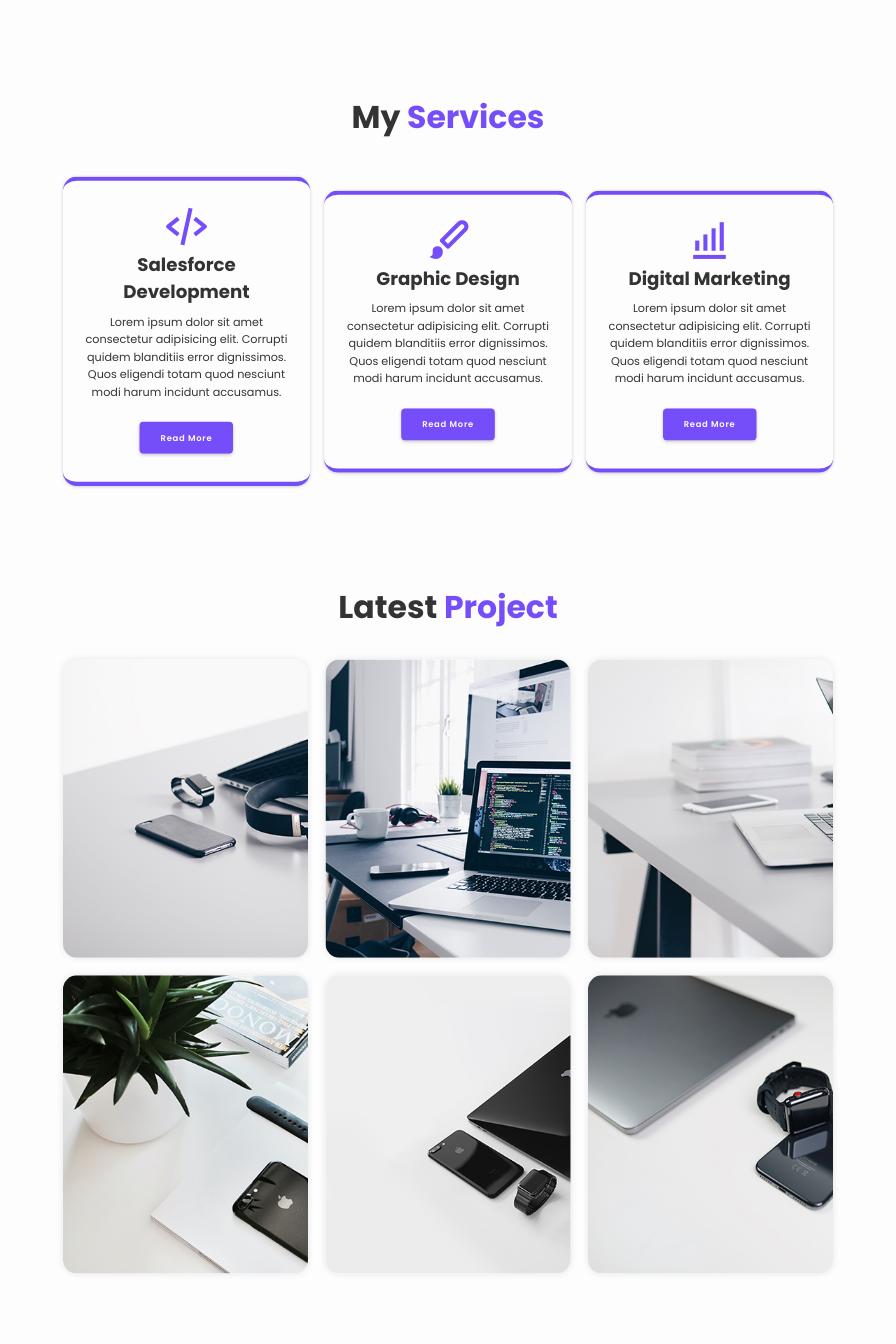
Repository: Gabi-Augusto/Portfolio
Page: index.html
An editor plug-in stored every save of this project. The page is shown before and after the next save, followed by the edit.
The browser window is 1280 px wide. The pictures show the part of the page from y = 1375 to 3295 px (the page is 3295 px tall before and 2909 px after), at 70% of full size.

Above is the page before, as saved 2023-11-29 19:04:24.

### index.html
<!DOCTYPE html>
<html lang="en">

<head>
    <meta charset="UTF-8">
    <meta http-equiv="X-UA-Compatible" content="IE=edge">
    <meta name="viewport" content="width=device-width, initial-scale=1.0">
    <title>Portfolio Website Design | Gabriela Augusto</title>

    <!-- swiper css -->
    <link rel="stylesheet" href="https://cdn.jsdelivr.net/npm/swiper@9/swiper-bundle.min.css" />

    <!-- box icons -->
    <link href='https://unpkg.com/boxicons@2.1.4/css/boxicons.min.css' rel='stylesheet'>

    <!-- custom css -->
    <link rel="stylesheet" href="css/style.css">
</head>

<body>

    <!-- header design -->
    <header class="header">
        <a href="#" class="logo">Portfolio.</a>

        <nav class="navbar">
            <a href="#home" class="active">Home</a>
            <a href="#about">About</a>
            <a href="#services">Services</a>
            <a href="#portfolio">Portfolio</a>
            <a href="#contact">Contact</a>
        </nav>

        <div class="bx bx-moon" id="darkMode-icon"></div>
    </header>

    <!-- home section design -->
    <section class="home" id="home">
        <div class="home-content">
            <h3>Hello, I am</h3>
            <h1>Gabriela Augusto</h1>
            <p>Lorem ipsum, dolor sit amet consectetur adipisicing elit. Veritatis sequi amet numquam sunt eius quae deleniti dolore voluptatum.</p>

            <div class="social-media">
                <a href="#"><i class='bx bxl-instagram-alt'></i></a>
                <a href="#"><i class='bx bxl-linkedin' ></i></a>
                <a href="#"><i class='bx bxl-github' ></i></a>
            </div>

            <a href="#" class="btn">Download CV</a>
        </div>

        <div class="profession-container">
            <div class="profession-box">
                <div class="profession" style="--i:0;">
                    <i class='bx bx-cloud'></i>
                    <h3>Salesforce Developer</h3>
                </div>
                <div class="profession" style="--i:1;">
                    <i class='bx bx-bulb'></i>
                    <h3>Business Analyst</h3>
                </div>
                <div class="profession" style="--i:2;">
                    <i class='bx bx-palette'></i>
                    <h3>Web Designer</h3>
                </div>
                <div class="profession" style="--i:3;">
                    <i class='bx bx-code-alt' ></i>
                    <h3>FullStack Developer</h3>
                </div>
                <div class="circle"></div>
            </div>
            <div class="overlay"></div>
        </div>
        <div class="home-img">
            <img src="imagens/home.png" alt="">
        </div>
    </section>

    <!-- about section design -->

    <section class="about" id="about">
        <div class="about-img">
            <img src="imagens/about.png" alt="">
        </div>

        <div class="about-content">
            <h2 class="heading">About <span>Me</span></h2>
            <h3>Hi, I'm Here To Help Your Next Project!</h3>
            <p>Lorem ipsum dolor sit, amet consectetur adipisicing elit. Consequatur laudantium reiciendis voluptates maxime optio cumque accusantium sunt temporibus cupiditate! Sed mollitia id doloribus nesciunt odit harum, praesentium aliquid. Soluta, harum est eveniet quos provident veritatis eaque ullam voluptate laudantium deleniti?</p>
            <a href="#" class="btn">Read More</a>
        </div>
    </section>

    <!-- services section design -->

    <section class="services" id="services">
        <h2 class="heading">My <span>Services</span></h2>

        <div class="services-container">
            <div class="services-box">
                <i class='bx bx-code-alt' ></i>
                <h3>Salesforce Development</h3>
                <p>Lorem ipsum dolor sit amet consectetur adipisicing elit. Corrupti quidem blanditiis error dignissimos. Quos eligendi totam quod nesciunt modi harum incidunt accusamus.</p>
                <a href="#" class="btn">Read More</a>
            </div>
            <div class="services-box">
                <i class='bx bxs-paint'></i>
                <h3>Graphic Design</h3>
                <p>Lorem ipsum dolor sit amet consectetur adipisicing elit. Corrupti quidem blanditiis error dignissimos. Quos eligendi totam quod nesciunt modi harum incidunt accusamus.</p>
                <a href="#" class="btn">Read More</a>
            </div>
            <div class="services-box">
                <i class='bx bx-bar-chart-alt'></i>
                <h3>Digital Marketing</h3>
                <p>Lorem ipsum dolor sit amet consectetur adipisicing elit. Corrupti quidem blanditiis error dignissimos. Quos eligendi totam quod nesciunt modi harum incidunt accusamus.</p>
                <a href="#" class="btn">Read More</a>
            </div>
        </div>
    </section>

    <!-- portfolio section design -->

    <section class="portfolio" id="portfolio">
        <h2 class="heading">Latest <span>Project</span></h2>

        <div class="portfolio-container">
            <div class="portfolio-box">
                <img src="imagens/portfolio1.jpg" alt="">

                <div class="portfolio-layer">
                    <h4>Web Desing</h4>
                    <p>Lorem ipsum dolor sit amet consectetur adipisicing elit. Asperiores, ut possimus!</p>
                    <a href="#"><i class='bx bx-link-external' ></i></a>
                </div>
            </div>

            <div class="portfolio-box">
                <img src="imagens/portfolio2.jpg" alt="">

                <div class="portfolio-layer">
                    <h4>Web Desing</h4>
                    <p>Lorem ipsum dolor sit amet consectetur adipisicing elit. Asperiores, ut possimus!</p>
                    <a href="#"><i class='bx bx-link-external' ></i></a>
                </div>
            </div>

            <div class="portfolio-box">
                <img src="imagens/portfolio3.jpg" alt="">

                <div class="portfolio-layer">
                    <h4>Web Desing</h4>
                    <p>Lorem ipsum dolor sit amet consectetur adipisicing elit. Asperiores, ut possimus!</p>
                    <a href="#"><i class='bx bx-link-external' ></i></a>
                </div>
            </div>

            <div class="portfolio-box">
                <img src="imagens/portfolio4.jpg" alt="">

                <div class="portfolio-layer">
                    <h4>Web Desing</h4>
                    <p>Lorem ipsum dolor sit amet consectetur adipisicing elit. Asperiores, ut possimus!</p>
                    <a href="#"><i class='bx bx-link-external' ></i></a>
                </div>
            </div>

            <div class="portfolio-box">
                <img src="imagens/portfolio5.jpg" alt="">

                <div class="portfolio-layer">
                    <h4>Web Desing</h4>
                    <p>Lorem ipsum dolor sit amet consectetur adipisicing elit. Asperiores, ut possimus!</p>
                    <a href="#"><i class='bx bx-link-external' ></i></a>
                </div>
            </div>

            <div class="portfolio-box">
                <img src="imagens/portfolio6.jpg" alt="">

                <div class="portfolio-layer">
                    <h4>Web Desing</h4>
                    <p>Lorem ipsum dolor sit amet consectetur adipisicing elit. Asperiores, ut possimus!</p>
                    <a href="#"><i class='bx bx-link-external' ></i></a>
                </div>
            </div>

        </div>
    </section>

    <!-- testimonial design -->

    <!-- contact section design -->

    <!-- footer design -->


    <!-- scroll reveal -->
    <script src="https://unpkg.com/scrollreveal"></script>

    <!-- swiper js -->
    <script src="https://cdn.jsdelivr.net/npm/swiper@9/swiper-bundle.min.js"></script>

    <!-- custom js -->
    <script src="js/script.js"></script>
</body>

</html>

### css/style.css
@import url('https://fonts.googleapis.com/css2?family=Poppins:wght@300;400;500;600;700;800;900&display=swap');

* {
    margin: 0;
    padding: 0;
    box-sizing: border-box;
    text-decoration: none;
    border: none;
    outline: none;
    scroll-behavior: smooth;
    font-family: 'Poppins', sans-serif;
}

:root {
    --bg-color: #fdfdfd;
    --text-color: #333;
    --main-color: #754ef9;
    --white-color: #fdfdfd;
    --shadow-color: rgba(0, 0, 0, .2);
}

html {
    font-size: 62.5%;
    overflow-x: hidden;
}

body {
    background: var(--bg-color);
    color: var(--text-color);
}

.header {
    position: fixed;
    top: 0;
    left: 0;
    width: 100%;
    padding: 2rem 7%;
    background: transparent;
    display: flex;
    align-items: center;
    z-index: 100;
    transition: .5s;
}

.header.sticky {
    background: var(--bg-color);
    box-shadow: 0 .1rem 1rem var(--shadow-color);
}

.logo {
    font-size: 2.5rem;
    color: var(--main-color);
    font-weight: 600;
    cursor: default;
    margin-right: auto;
}

.navbar a {
    position: relative;
    font-size: 1.7rem;
    color: var(--white-color);
    font-weight: 500;
    margin-right: 3.5rem;
}

.header.sticky .navbar a {
    color: var(--text-color);
}

.header.sticky .navbar a.active {
    color: var(--main-color);
}

.navbar a.active::before{
    content: '';
    position: absolute;
    left: 0;
    bottom: -6px;
    width: 100%;
    height: .2rem;
    background: var(--white-color);
}

.header.sticky .navbar a::before {
    background: var(--main-color);
    opacity: .7;
}

#darkMode-icon {
    font-size: 2.4rem;
    color: var(--white-color);
    cursor: pointer;
}

.header.sticky #darkMode-icon{
    color: var(--text-color);
    opacity: .9;
}

section {
    min-height: 100vh;
    padding: 7rem 7% 2rem;
}

.home {
    display: flex;
    align-items: center;
}

.home .home-content {
    max-width: 44rem;
}

.home-content h3 {
    font-size: 3.2rem;
    font-weight: 700;
    line-height: .3;
}

.home-content h1 {
    font-size: 4.8rem;
    font-weight: 700;
    margin-bottom: .3rem;
}

.home-content p {
    font-size: 1.6rem;
}

.home-content .social-media a {
    display: inline-flex;
    justify-content: center;
    align-items: center;
    width: 4rem;
    height: 4rem;
    background: transparent;
    border: .2rem solid var(--main-color);
    border-radius: 50%;
    box-shadow: 0 .2rem .5rem  var(--shadow-color);
    font-size: 2rem;
    color: var(--main-color);
    margin: 2.5rem 1.5rem 3rem 0;
    transition: .5s ease;
}

.home-content .social-media a:hover {
    background: var(--main-color);
    color: var(--white-color);
}

.btn {
    display: inline-block;
    padding: 1.2rem 2.8rem;
    background: var(--main-color);
    border-radius: .6rem;
    box-shadow: 0 .2rem .5rem var(--shadow-color);
    font-size: 1.2rem;
    color: var(--white-color);
    letter-spacing: .1rem;
    font-weight: 600;
    border: .2rem solid transparent;
    transition: .5s ease;
}

.btn:hover {
    background: transparent;
    color: var(--main-color);
    border-color: var(--main-color);
}

.home .profession-container {
    position: absolute;
    top: 48%;
    right: 30px;
    transform: translateY(-50%);
    width: 680px;
    height: 680px;
    overflow: hidden;
    pointer-events: none;
}

.home .profession-container .profession-box {
    position: absolute;
    top: 0;
    right: 0;
    width: 680px;
    height: 680px;
    border-radius: 50%;
    display: flex;
    justify-content: center;
    align-items: center;
}

.home .profession-box .profession {
    position: absolute;
    left: 0;
    display: flex;
    align-items: center;
    flex-direction: column;
    color: var(--main-color);
    transform: rotate(calc(360deg / 4 * var(--i)));
    transform-origin: 340px;
    background: var(--bg-color);
    padding: 13px 0;
}

.home .profession-box .profession:nth-child(1) i {
    margin-right: 15px;
}

.home .profession-box .profession:nth-child(2),
.home .profession-box .profession:nth-child(4) {
    padding-bottom: 20px;
}

.home .profession i {
    font-size: 3.8rem;
}

.home .profession h3 {
    font-size: 2.4rem;
    line-height: 1;
    font-weight: 600;
}

.home .profession-box .circle {
    width: 520px;
    height: 520px;
    border: 3px solid var(--main-color);
    border-radius: 50%;
}

.home .profession-container .overlay {
    position: absolute;
    top: 0;
    right: 0;
    width: 0;
    height: 0;
    border-top: 340px solid var(--main-color);
    border-right: 340px solid var(--main-color);
    border-bottom: 340px solid var(--main-color);
    border-left: 340px solid transparent;
}

.home-img img {
    position: absolute;
    bottom: 0;
    top: 83px;
    right: 70px;
    width: 29%;
    pointer-events: none;
}

span {
    color: var(--main-color);
}

.about {
    display: flex;
    justify-content: center;
    align-items: center;
    gap: 6rem;
}

.about-img img {
    width: 40vw;
}

.heading {
    font-size: 4.5rem;
    text-align: center;
}

.about-content h2 {
    text-align: left;
    line-height: 1.2;
}

.about-content h3 {
    font-size: 2rem;
}

.about-content p {
    font-size: 1.6rem;
    margin: 2rem 0 3rem;
}

.services {
    min-height: auto;
    padding-bottom: 7rem;
}

.services h2 {
    margin-bottom: 5rem;
}

.services .services-container {
    display: flex;
    justify-content: center;
    align-items: center;
    flex-wrap: wrap;
    gap: 2rem;
}

.services-container .services-box {
    flex: 1 1 30rem;
    background: var(--bg-color);
    padding: 3rem 2rem 4rem;
    border-radius: 2rem;
    box-shadow: 0 .1rem .5rem var(--shadow-color);
    text-align: center;
    border-top: .6rem solid var(--main-color);
    border-bottom: .6rem solid var(--main-color);
    transition: .5s ease;
}

.services-container .services-box:hover {
    box-shadow: 0 .1rem 2rem var(--shadow-color);
    transform: scale(1.02);
}

.services-box i {
    font-size: 7rem;
    color: var(--main-color);
}

.services-box h3 {
    font-size: 2.6rem;
    transition: .5s ease;
}

.services-box:hover h3 {
    color: var(--main-color);
}

.services-box p {
    font-size: 1.6rem;
    margin: 1rem 0 3rem;
}

.portfolio {
    padding-bottom: 10rem;
}

.portfolio h2 {
    margin-bottom: 4rem;
}

.portfolio .portfolio-container {
    display: grid;
    grid-template-columns: repeat(3, 1fr);
    align-items: center;
    gap: 2.5rem;
}

.portfolio-container .portfolio-box{
    position: relative;
    display: flex;
    border-radius: 2rem;
    box-shadow: 0 0 1rem rgba(0, 0, 0, .1);
    overflow: hidden;
}

### js/script.js
/*========== menu icon navbar ==========*/
let menuIcon = document.querySelector('#menu-icon');
let navbar = document.querySelector('.navbar');


/*========== scroll sections active link ==========*/
let sections = document.querySelectorAll('section');
let navLinks = document.querySelectorAll('header nav a');

window.onscroll = () => {
    /*========== sticky navbar ==========*/
    let header = document.querySelector('.header');

    header.classList.toggle('sticky', window.scrollY > 100);
    /*========== remove menu icon navbar when click navbar link (scroll) ==========*/
};


/*========== swiper ==========*/


/*========== dark light mode ==========*/


/*========== scroll reveal ==========*/

After the next save:
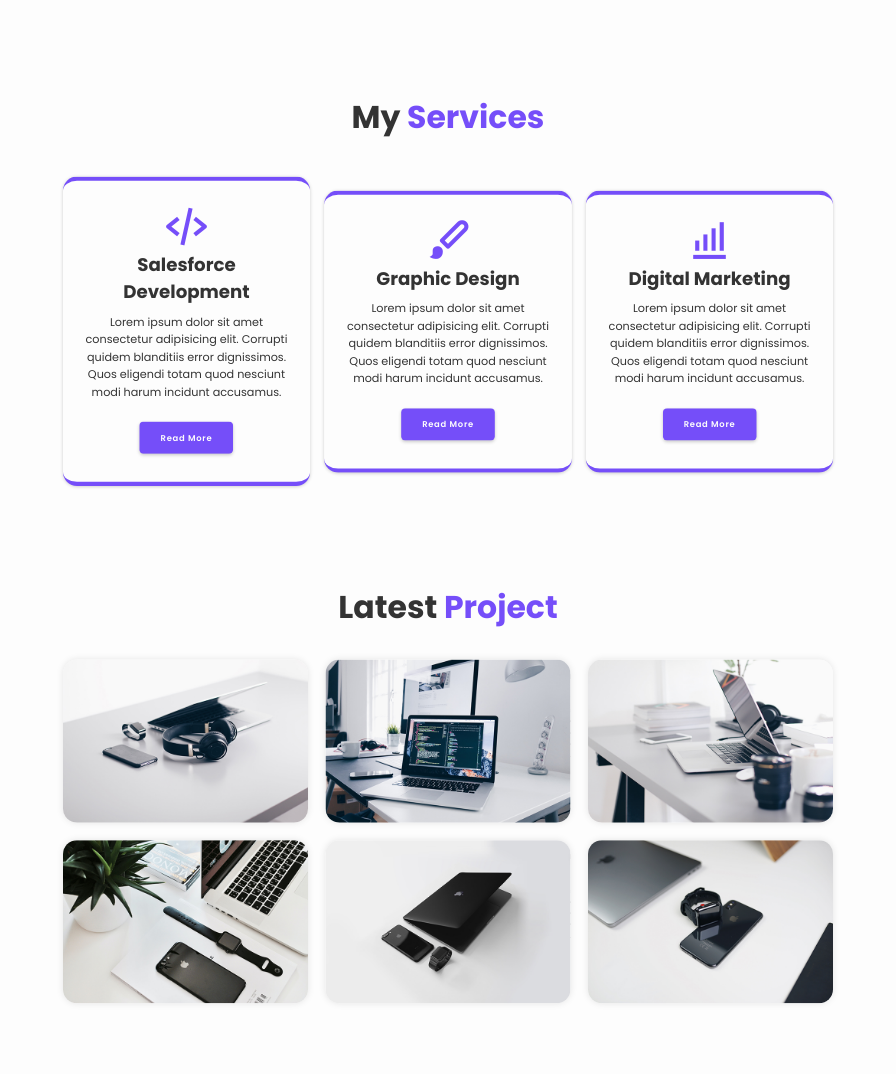
Saved 5 min 48 s later.
--- a/css/style.css
+++ b/css/style.css
@@ -360,3 +360,8 @@ span {
     box-shadow: 0 0 1rem rgba(0, 0, 0, .1);
     overflow: hidden;
 }
+
+.portfolio-box img {
+    width: 100%;
+
+}
